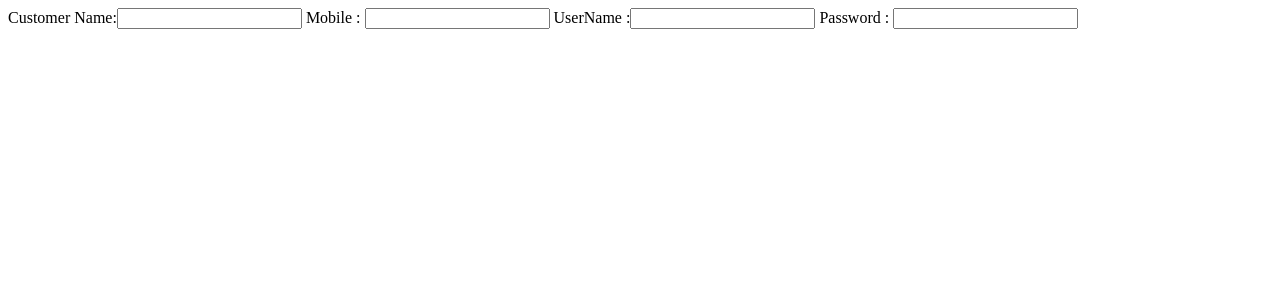
Repository: priyankamergu/MyAllProjects
Page: http://localhost/OnlineShopping/Register.jsp
An editor plug-in stored every save of this project. The page is shown before and after the next save, followed by the edit.
The browser window is 1280 px wide. The pictures show the whole page.
The page is served by Tomcat 9.

Above is the page before, as saved 2019-11-20 08:58:36.

After the next save:
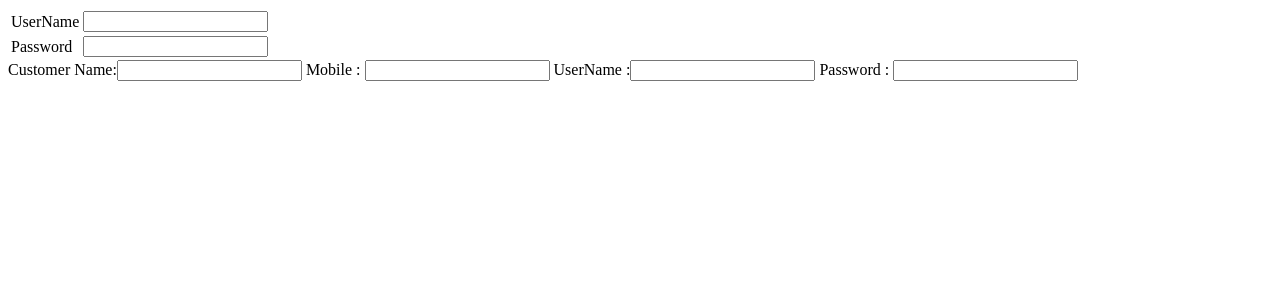
Saved 13 s later.
--- a/Workspace_JEE7_WEB/OnlineShopping/WebContent/Register.jsp
+++ b/Workspace_JEE7_WEB/OnlineShopping/WebContent/Register.jsp
@@ -9,6 +9,27 @@
 <title>Insert title here</title>
 </head>
 <body>
+
+
+<form action="ProductDatabaseController" method="post">
+		<c:if test="${param.action eq 'login' }">
+			<input type="hidden" name="action" value="login">
+
+		</c:if>
+		<table>
+			<tr>
+				<td>UserName</td>
+				<td><input type="text" name="uname"></td>
+
+			</tr>
+			<tr>
+				<td>Password</td>
+				<td><input type="text" name="pass"></td>
+			</tr>
+
+
+		</table>
+	</form>
 Customer Name:<input type="text" name="cname">
 Mobile : <input type="text" name="mobile">
 UserName :<input type="text" name="uname">
